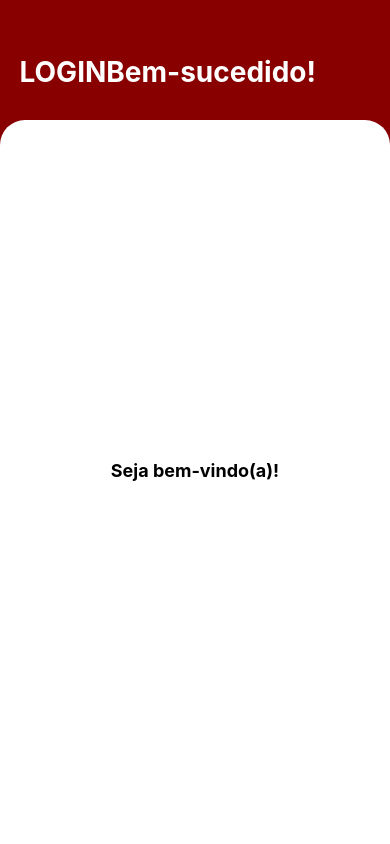
Repository: Matheus904-12/Login-React
Screen: /sucedido (app in SENAI/)
The author's editor kept a copy of each file at every save. The screen is drawn from the files as they stood at one save, then again after a run of saves.
The app was drawn by React Native's web renderer in a window 390 px wide. The project was rebuilt for these pictures with package versions that can differ from the ones it lists, and the page was loaded fresh each time. Some packages were replaced by stand-ins written for this rebuild. Also part of the build but not shown: SENAI/pages/entrada.js, SENAI/pages/cadastro.js.

Above is the screen before, as saved 2024-04-29 19:38:34.

### SENAI/App.js
import React from 'react';
import {StatusBar} from 'react-native';
import { NavigationContainer } from '@react-navigation/native';
import Routes from './routes';

export default function App() {
  return (
    <NavigationContainer>
      <StatusBar style="auto"/>
      <Routes />
    </NavigationContainer>
  )
}

### SENAI/routes.js
import { createStackNavigator } from '@react-navigation/stack';
import Bem_Vindo from './pages/index';
import Acesso from './pages/entrada';
import Sucesso from './pages/sucedido';
import Cadastro from './pages/cadastro';

const Stack = createStackNavigator();

export default function Routes() {
    return (
        <Stack.Navigator>
            <Stack.Screen
                name="index"
                component={Bem_Vindo}
                options={{ headerShown: false }}
            />

            <Stack.Screen
                name="entrada"
                component={Acesso}
                options={{ headerShown: false }}
            />
            <Stack.Screen
                name="sucedido"
                component={Sucesso}
                options={{ headerShown: false }}
            />
             <Stack.Screen
                name="cadastro"
                component={Cadastro}
                options={{ headerShown: false }}
            />
        </Stack.Navigator>
    )
}

### SENAI/pages/index.js
import React, { useCallback } from 'react';
import { View, Text, StyleSheet, Image, TouchableOpacity } from 'react-native';
import { useNavigation } from '@react-navigation/native';
import * as Animatable from 'react-native-animatable';
import { useFonts } from 'expo-font';
import * as SplashScreen from 'expo-splash-screen';


SplashScreen.preventAutoHideAsync();

export default function Bem_Vindo() {

    const navigation = useNavigation();

    const [fontsLoaded, fontError] = useFonts({
        'Oswald': require('../assets/fonts/Oswald-VariableFont_wght.ttf'),
    });

    const onLayoutRootView = useCallback(async () => {
        if (fontsLoaded || fontError) {
            await SplashScreen.hideAsync();
        }
    }, [fontsLoaded, fontError]);

    if (!fontsLoaded && !fontError) {
        return null;
    }



    return (
        <View style={styles.container} onLayout={onLayoutRootView}>
            <View style={styles.containerLogo}>
                <Animatable.Image
                    delay={1000}
                    animation="flipInY"
                    source={require("../assets/logo_Senai.png")}
                    style={styles.logo}
                    resizeMode="contain"
                />
            </View>
            <Animatable.View delay={600} animation='fadeInUp' style={styles.containerForm}>
                <View style={styles.containerForm}>
                    <Text style={styles.title}>
                        Monitore e organize seus recursos didáticos de qualquer lugar!
                    </Text>
                    <Text style={styles.text}>
                        Faça o login para começar
                    </Text>
                    <TouchableOpacity
                        onPress={() => navigation.navigate('entrada')}
                        style={styles.button}>
                        <Text style={styles.buttonText}>
                            Acessar
                        </Text>
                    </TouchableOpacity>
                </View>
            </Animatable.View>
        </View>
    )
}
const styles = StyleSheet.create({
    container: {
        flex: 1,
        backgroundColor: '#FFF'
    },
    containerLogo: {
        flex: 2,
        backgroundColor: '#FFF',
        justifyContent: 'center',
        alignItems: 'center'
    },
    logo: {
        width: "70%"
    },
    containerForm: {
        flex: 1,
        backgroundColor: '#880000',
        borderTopLeftRadius: 25,
        borderTopRightRadius: 25,
        paddingStart: '5%',
        paddingEnd: '5%'
    },
    title: {
        fontFamily: 'Oswald',
        fontSize: 24,
        marginTop: 20,
        marginBottom: 12,
        color: "#FFF"
    },
    text: {
        color: '#a1a1a1'
    },
    button: {
        position: 'absolute',
        backgroundColor: '#FFF',
        borderRadius: 50,
        paddingVertical: 8,
        width: '60%',
        alignSelf: 'center',
        bottom: '15%',
        alignItems: 'center',
        justifyContent: 'center',
    },
    buttonText: {
        fontSize: 18,
        color: '#880000',
        fontWeight: 'bold'
    }
})

### SENAI/pages/sucedido.js
import { View, Text, StyleSheet, Image, TouchableOpacity } from 'react-native';
import React from 'react';
import * as Animatable from 'react-native-animatable';

export default function Sucesso({navigation}) {
    return (

        <View style={styles.container}>

            <Animatable.View animation="fadeInLeft" delay={500} style={styles.containerHeader}>
                <Text style={styles.message}>LOGINBem-sucedido!</Text>
            </Animatable.View>

            <Animatable.View animation="fadeInUp" style={styles.containerForm}>
                <View style={styles.mensagem}>
                    <Image source={require('../assets/sucesso.gif')}
                        style={styles.logo}
                    />
                    <Text style={styles.mensagemTexto}>
                        Seja bem-vindo(a)!
                    </Text>
                </View>
            </Animatable.View>
        </View>

    )
}

const styles = StyleSheet.create({
    container: {
        flex: 1,
        backgroundColor: '#880000'
    },
    containerHeader: {
        marginTop: '14%',
        marginBottom: '8%',
        paddingStart: '5%',
    },
    message: {
        fontSize: 28,
        fontWeight: 'bold',
        color: "#FFF"
    },
    containerForm: {
        backgroundColor: "#FFF",
        flex: 1,
        borderTopLeftRadius: 25,
        borderTopRightRadius: 25,
        paddingStart: "5%",
        paddingEnd: "5%",
        alignItems:"center"
    },
    title: {
        fontSize: 20,
        marginTop: 28,
    },
    input: {
        borderBottomWidth: 1,
        height: 40,
        marginBottom: 12,
        fontSize: 16
    },
    button: {
        backgroundColor: '#880000',
        width: '100%',
        borderRadius: 4,
        paddingVertical: 8,
        marginTop: 14,
        justifyContent: 'center',
        alignItems: 'center',
    },
    buttonText: {
        color: "#FFF",
        fontSize: 18,
        fontWeight: 'bold'
    },
    buttonRegister: {
        marginTop: 14,
        alignSelf: 'center'
    },
    registerText: {
        color: '#a1a1a1'
    },
    voltar: {
        paddingTop: 25
    },
    logo:{
        width:300,
        height:300
    },
    mensagem:{
        flexDirection:"column",
        alignItems:"center",
        paddingTop:40
    },
    mensagemTexto:{
        width:300,
        textAlign:"center",
        fontSize:18,
        fontWeight:'700'
    },
    voltar:{
        backgroundColor: '#880000',
        width:270,
        height:40,
        borderRadius:12,
        alignItems:"center",
        justifyContent:"center",
        marginTop:15
    },
    voltarTexto:{
        color:'white',
        fontSize:16
    }
})

After the next 3 saves:
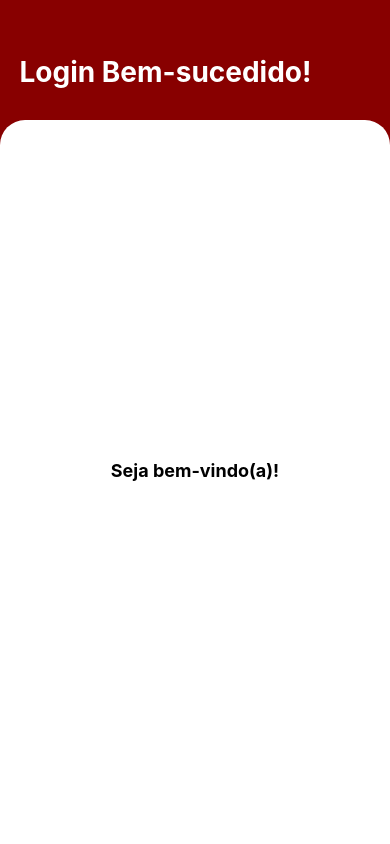
The 3 saves are shown as one change because they came seconds apart.
The last was saved 10 s later.
--- a/SENAI/pages/sucedido.js
+++ b/SENAI/pages/sucedido.js
@@ -8,7 +8,7 @@
         <View style={styles.container}>
 
             <Animatable.View animation="fadeInLeft" delay={500} style={styles.containerHeader}>
-                <Text style={styles.message}>LOGINBem-sucedido!</Text>
+                <Text style={styles.message}>Login Bem-sucedido!</Text>
             </Animatable.View>
 
             <Animatable.View animation="fadeInUp" style={styles.containerForm}>
